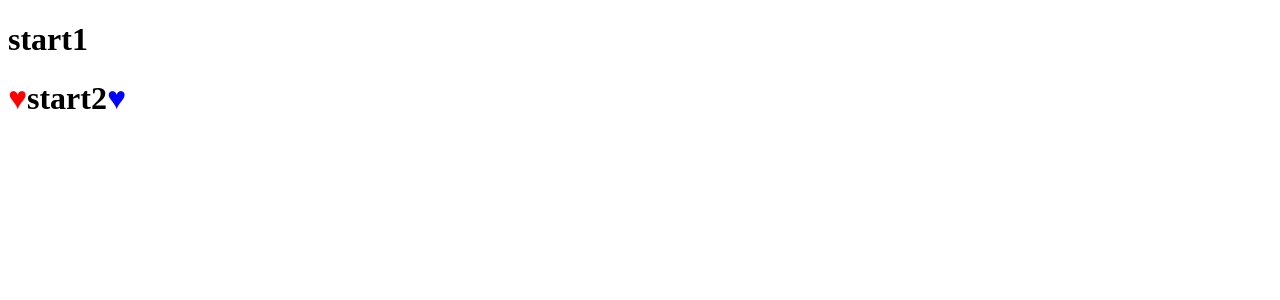
Repository: YERIN0531/SEOYERIN_WEBPRO
Page: gitSource/07_jQuery/jq01/WebContent/09_append_prepend_off_trigger.html
The author's editor kept a copy of each file at every save. The page is drawn from the files as they stood at one save, then again after the next save.
The browser window is 1280 px wide. The pictures show the whole page.
After loading, the first visible `#h2` was clicked once.

Above is the page before, as saved 2022-06-21 04:49:07.

After the next save:
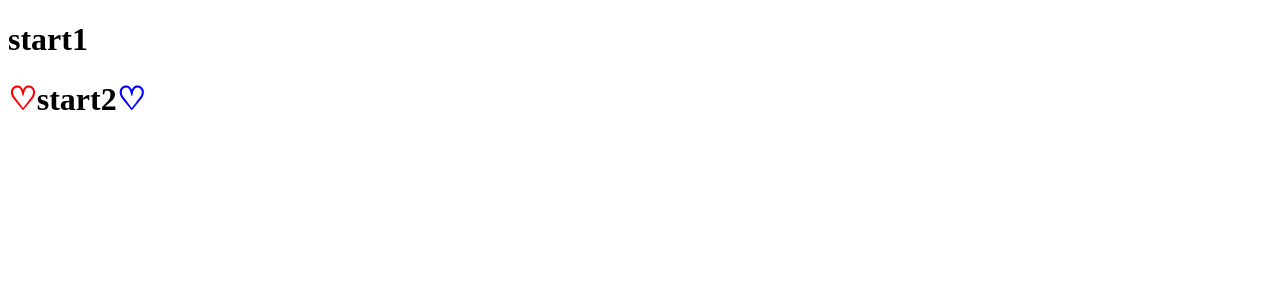
Saved 14 s later.
--- a/gitSource/07_jQuery/jq01/WebContent/09_append_prepend_off_trigger.html
+++ b/gitSource/07_jQuery/jq01/WebContent/09_append_prepend_off_trigger.html
@@ -12,8 +12,8 @@
  $(document).ready(function(){
 	 var h1HitCnt = 0; //h1의 hit 수 갖고 있기
 	 $('#h2').click(function(){
-		 $(this).prepend('<b class="red">♥</b>');
-		 $(this).append('<b class="blue">♥</b>');
+		 $(this).prepend('<b class="red">♡</b>');
+		 $(this).append('<b class="blue">♡</b>');
 	 });
  });
  </script>
